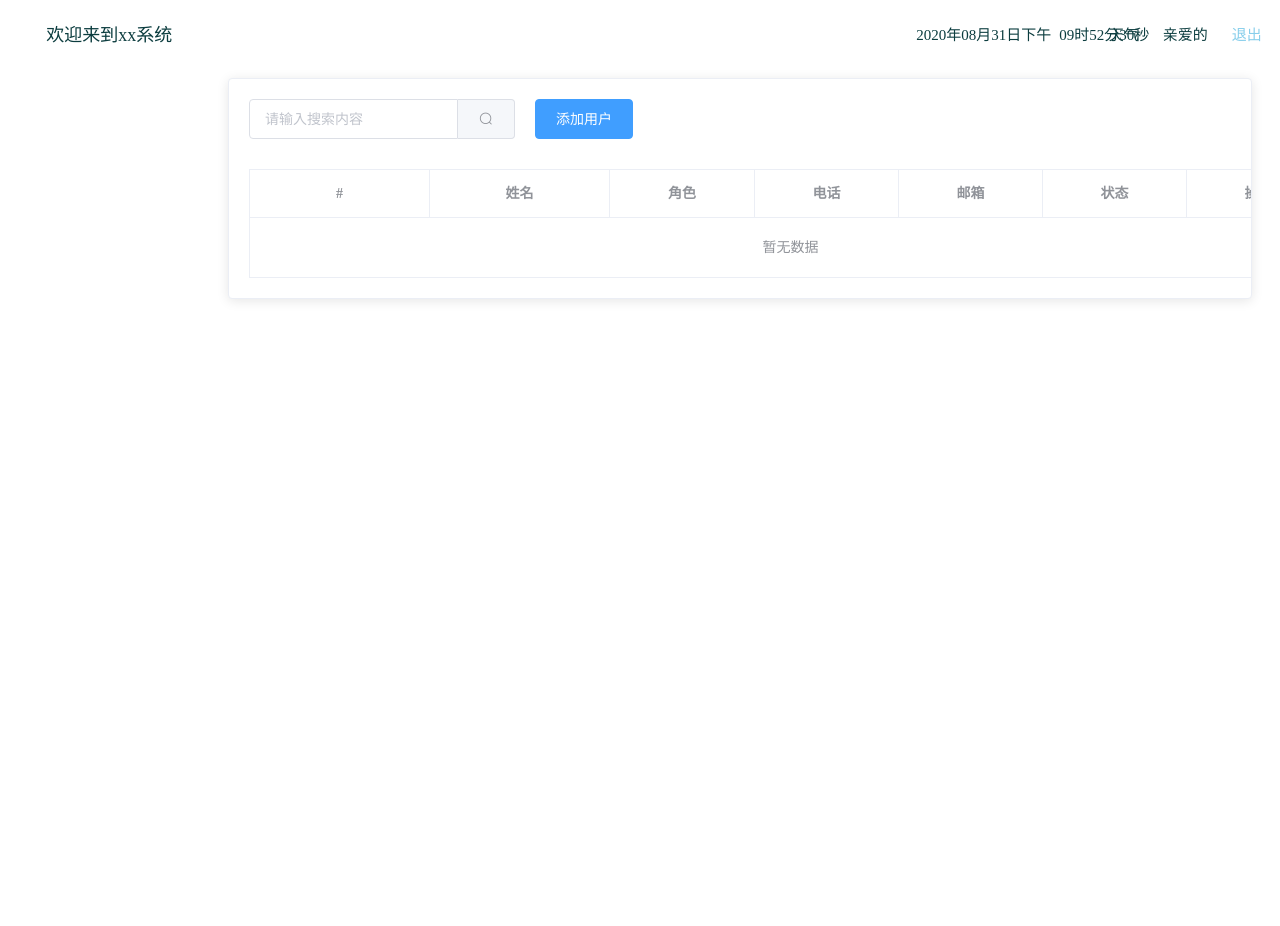
Repository: 2510699771/background-system
Page: /users/users
The author's editor kept a copy of each file at every save. The page is drawn from the files as they stood at one save, then again after a run of saves.
The browser window is 1280 px wide. The pictures show the whole page.
The page's requests for data from a server got no answer. The project was rebuilt for these pictures with package versions that can differ from the ones it lists, and the page was loaded fresh each time. No one was signed in, and anything a server would have sent is missing. Also part of the build but not shown: vue.config.js, src/views/Home.vue.

Above is the page before, as saved 2020-08-31 21:56:28.

### src/main.js
import Vue from 'vue'
import App from './App.vue'
import router from './router'
import store from './store'
import ElementUI from 'element-ui';
import 'element-ui/lib/theme-chalk/index.css';

Vue.config.productionTip = false
Vue.use(ElementUI);

new Vue({
  router,
  store,
  el: '#app',
  render: h => h(App)
}).$mount('#app')

### src/App.vue
<template>
  <div id="app">

    <router-view/>
  </div>
</template>

<style lang="stylus">
</style>

### src/router/index.js
import Vue from 'vue'
import VueRouter from 'vue-router'
import Home from '../views/Home.vue'
import Layout from "../views/Layout/Layout.vue"

Vue.use(VueRouter)

const routes = [
  //首页
  {
    path: "/home",
    component: Layout,
    meta: {
      icon: 'el-icon-s-home'
    },
    children: [{
      path: "",
      name: 'Home',
      component: Home,
      meta: {
        title: '首页',
        parentpath: '/home',
        icon: 'el-icon-s-home'
      }
    }, ]
  },
  {
    path: '/',
    redirect: '/home'
  },
  //数据统计
  {
    path: "/reports",
    component: Layout,
    meta: {
      icon: 'el-icon-message'
    },
    children: [{
      path: "reports",
      name: "reports",
      component: () => import("../views/Reports/Reports.vue"),
      meta: {
        title: '数据报表',
        parentpath: "/reports/reports",
        icon: 'el-icon-position'
      }
    }]
  },
  //订单管理
  {
    path: "/orders",
    component: Layout,
    meta: {
      icon: 'el-icon-notebook-2'
    },
    children: [{
      path: "orders",
      name: "orders",
      component: () => import("../views/Orders/Orders.vue"),
      meta: {
        title: '订单列表',
        parentpath: "/orders/orders",
        icon: 'el-icon-folder-add'
      }
    }, ]
  },
  //商品管理
  {
    path: "/goods",
    component: Layout,
    meta: {
      icon: 'el-icon-shopping-bag-1'
    },
    children: [{
        path: "goods",
        name: "goods",
        component: () => import("../views/Goodlist/Goodlist.vue"),
        meta: {
          title: '商品列表',
          parentpath: "/goods/goods",
          icon: 'el-icon-bangzhu'
        }
      },
      {
        path: "params",
        name: "params",
        component: () => import("../views/Goodsparams/Goodsparams.vue"),
        meta: {
          title: '分类参数',
          parentpath: "/goods/params",
          icon: 'el-icon-bell'
        }
      }, {
        path: "categories",
        name: "categories",
        component: () => import("../views/GoodsCategories/GoodsCategories.vue"),
        meta: {
          title: '商品分类',
          parentpath: "/goods/categories",
          icon: 'el-icon-date'
        }
      },
    ]
  },
  //用户管理
  {
    path: "/users",
    component: Layout,
    meta: {
      icon: 'el-icon-user'
    },
    children: [{
      path: "users",
      name: "users",
      component: () => import("../views/UserList/UserList.vue"),
      meta: {
        title: '用户列表',
        parentpath: "/users/users",
        icon: 'el-icon-user'
      }
    }, ]
  },
  //权限管理
  {
    path: "/rights",
    component: Layout,
    meta: {
      icon: 'el-icon-folder'
    },
    children: [{
      path: "roles",
      name: "roles",
      component: () => import("../views/Rolelist/Rolelist.vue"),
      meta: {
        title: '角色列表',
        parentpath: "/rights/roles",
        icon: 'el-icon-setting'
      }
    }, {
      path: "rights",
      name: "rights",
      component: () => import("../views/Permissionslist/Permissionslist.vue"),
      meta: {
        title: '权限列表',
        parentpath: "/rights/rights",
        icon: 'el-icon-c-scale-to-original'
      }
    }, ]
  },
  //登录
  {
    path: '/login',
    name: 'login',
    component: () => import('../views/Login/Login.vue')
  }
]
const isPro = process.env.NODE_ENV === 'production'

const router = new VueRouter({
  mode: isPro ? 'hash' : 'history',
  base: process.env.BASE_URL,
  routes
})

export default router

### src/store/index.js
import Vue from 'vue'
import Vuex from 'vuex'
import user from "./user/user"

Vue.use(Vuex)

export default new Vuex.Store({
  //存储共享数据
  state: {},
  //同步修改state的值
  mutations: {},
  //用来发请求，异步提交mutation
  actions: {},
  //模块
  modules: {
    user
  }
})

### src/views/Layout/Layout.vue
<template>
  <div>
    <el-container>
      <el-header height="50px">
        <top></top>
      </el-header>
      <el-container>
        <el-aside width="200px">
          <left></left>
        </el-aside>
        <el-main>
          <router-view />
        </el-main>
      </el-container>
    </el-container>
  </div>
</template>

<script>
import top from "../../components/Layout/Top";
import left from "../../components/Layout/Left";
export default {
  name: "",
  //接受父组件传递的数据
  props: {},
  //注册组件
  components: {
    top,
    left,
  },
  data() {
    return {};
  },
  methods: {},
  mounted() {},
  watch: {},
  computed: {},
};
</script>

<style scoped lang='scss'>
.el-main {
  height: 860px;
}
</style>

### src/views/UserList/UserList.vue
<template>
  <div>
    <el-card class="box-card">
      <div style="width:30vw;display:flex">
        <el-input placeholder="请输入搜索内容" v-model="value" class="input-with-select">
          <el-button slot="append" icon="el-icon-search"></el-button>
        </el-input>
        <el-button type="primary" style="margin-left:20px">添加用户</el-button>
      </div>
      <div style="width:84.5vw;margin-top:30px">
        <el-table :data="userslist" border style="width: 100%" stripe>
          <el-table-column prop="date" label="#" width="180" type="index" align="center"></el-table-column>
          <el-table-column prop="username" label="姓名" width="180" align="center"></el-table-column>
          <el-table-column prop="role_name" label="角色" align="center"></el-table-column>
          <el-table-column prop="create_time" label="电话" align="center"></el-table-column>
          <el-table-column prop="email" label="邮箱" align="center"></el-table-column>
          <el-table-column prop="address" label="状态" align="center">
            <template slot-scope="scope">
              <el-switch
                v-model="scope.row.mg_state"
                active-color="#13ce66"
                @change="change(scope)"
                inactive-color="#A9A9A9"
              ></el-switch>
            </template>
          </el-table-column>
          <el-table-column prop="address" label="操作" align="center">
            <template slot-scope="scope">
              <el-button
                type="primary"
                size="mini"
                icon="el-icon-edit"
                @click="handleEdit(scope.$index, scope.row)"
              ></el-button>
              <el-button
                type="danger"
                icon="el-icon-delete"
                size="mini"
                @click="handleEdit(scope.$index, scope.row)"
              ></el-button>
              <el-button
                type="warning"
                size="mini"
                icon="el-icon-setting"
                @click="handleEdit(scope.$index, scope.row)"
              ></el-button>
            </template>
          </el-table-column>
        </el-table>
      </div>
      <!-- <div style="margin-top:20px">
        <el-pagination
          @size-change="handleSizeChange"
          @current-change="handleCurrentChange"
          :current-page="currentPage"
          :page-sizes="pageSizes"
          :page-size="pageSize"
          layout="total, sizes, prev, pager, next, jumper"
          :total="uselist.length"
        ></el-pagination>
      </div>-->
    </el-card>
  </div>
</template>

<script>
import { createNamespacedHelpers } from "vuex";
const userModule = createNamespacedHelpers("user");
const { mapState: userState, mapActions: userActions } = userModule;
export default {
  name: "",
  //接受父组件传递的数据
  props: {},
  //注册组件
  components: {},
  data() {
    return {
      value: "",
      currentPage: 1,
      pageSizes: [5, 15, 20, 30],
      pagesize: 5, //每页显示条数
      pagenum: 1, //当前页码
      query: "", //查询参数
    };
  },
  methods: {
    change(e) {
      console.log(e);
      console.log(111);
    },
    //方法展开
    ...userActions(["getUsers"]),

    handleSizeChange(val) {
      console.log(`每页 ${val} 条`);
    },
    handleCurrentChange(val) {
      console.log(`当前页: ${val}`);
    },
    // getUsers() {
    //   this.$store.dispatch("user/getUsers", {
    //     query: this.query,
    //     pagenum: this.pagenum,
    //     pagesize: this.pagesize,
    //   });
    // },
  },
  mounted() {
    // this.getUsers();
    this.getUsers({
      query: this.query,
      pagenum: this.pagenum,
      pagesize: this.pagesize,
    });
  },
  watch: {},
  computed: {
    //数据展开
    ...userState(["userslist"]),
  },
};
</script>

<style scoped lang='scss'>
</style>

### src/store/user/user.js
import api from "../../http/api"
import router from "../../router"
import {
    Message
} from "element-ui"
export default {
    //开启命名空间
    namespaced: true,
    //存储共享数据
    state: {
        menus: [], //侧边导航

        userslist: [], //用户管理用户列表
        pagesize: 5, //每页显示条数
        pagenum: 1, //当前页码
        query: "", //查询参数

    },
    //同步修改state的值
    mutations: {
        //侧边导航栏方法
        setMenus(state, data) {
            state.menus = data
        },
        //用户管理列表
        setUserslist(state, data) {
            state.userslist = data
        }
    },

    //用来发请求，异步提交mutation
    actions: {
        //所有的请求都写在actions中

        //提交commit
        async getMenus({
            commit
        }) {
            let res = await api.getMenus()
            if (res.meta.status === 200) {
                res.data.unshift({
                    path: 'home',
                    authName: '首页',
                })
                res.data.map(item => {
                    item.path = '/' + item.path
                    router.options.routes.map(item2 => {
                        if (item.path === item2.path) {
                            item.icon = item2.meta.icon
                            if (item2.children && item2.children.length > 0) {
                                item2.children.map(item3 => {
                                    if (item.children && item.children.length > 0) {
                                        item.children.map(item4 => {
                                            if (item4.path === item3.path) {
                                                item4.icon = item3.meta.icon
                                            }
                                        })
                                    }
                                })
                            }
                        }
                    })
                    if (item.children && item.children.length > 0) {
                        item.children.map(item1 => {
                            item1.path = item.path + '/' + item1.path
                        })
                    }

                })
                commit('setMenus', res.data)

            }
        },

        //没有提交commit
        async login({
            commit
        }, {
            username,
            password
        }) {
            let res = await api.login({
                username,
                password
            })
            if (res.meta.status) {
                localStorage.setItem('admitToken', res.data.token)
                localStorage.setItem('admitUser', JSON.stringify(res.data))
                router.push('/')
                Message.success('登录成功')
                console.log(commit)
            }
        },

        async getUsers({
            commit
        }, {
            query,
            pagenum,
            pagesize,
        }) {
            let res = await api.getUsers(
                query, pagenum, pagesize
            )
            if (res.meta.status === 200) {
                console.log(res, "用户列表")
                commit('setUserslist', res.data.users)
            }
        }
    },
}

### src/components/Layout/Top.vue
<template>
  <div class="alltop">
    <div class="topContent">
      <div>欢迎来到xx系统</div>
      <div class="userinfo">
        <div class="time">
          <div>{{year}}</div>
          <div>{{prompt}}</div>
          <div style="margin:0 8px">{{specific}}</div>
        </div>
        <div style="width:30%">
          <div style="margin:0 12px">天气</div>
          <div style="margin:0 12px">亲爱的{{username}}</div>
          <div style="color:skyblue;cursor:pointer;margin:0 12px">退出</div>
        </div>
      </div>
    </div>
  </div>
</template>

<script>
import dayjs from "dayjs";
export default {
  name: "",
  //接受父组件传递的数据
  props: {},
  //注册组件
  components: {},
  data() {
    return {
      year: "",
      specific: "",
      prompt: "",
      username: "",
    };
  },
  methods: {
    getTime() {
      let time = dayjs(new Date()).format("YYYY年MM月DD日");
      let hour = dayjs(new Date()).format("HH");
      console.log(hour);
      if (0 <= hour && hour <= 12) {
        this.prompt = "上午";
      } else if (24 > hour && hour > 12) {
        this.prompt = "下午";
      }
      let specific = dayjs(new Date()).format("hh时mm分ss秒");
      this.year = time;
      this.specific = specific;
    },
  },
  mounted() {
    let name = JSON.parse(localStorage.getItem("admitUser"));
    if (name) {
      this.username = name.username;
    }
    setInterval(() => {
      this.getTime();
    }, 1000);
  },
  watch: {},
  computed: {},
};
</script>

<style scoped lang='scss'>
.alltop {
  color: rgb(12, 61, 63);
  width: 100%;
  height: 50px;
  display: flex;
  justify-content: center;
  align-content: center;
  font-size: 18px;
  .topContent {
    width: 97%;
    display: flex;
    justify-content: space-between;
    align-items: center;
    .userinfo {
      display: flex;
      width: 25%;
      justify-content: space-around;
    }
    .userinfo > div {
      height: 50px;
      align-items: center;
      display: flex;
      justify-content: center;
      font-size: 15px;
      white-space: nowrap;
    }
  }
}
.time {
  width: 15vw;
  display: flex;
  align-items: center;
}
</style>

### src/components/Layout/Left.vue
<template>
  <div>
    <el-menu router :default-active="$route.meta.parentpath" unique-opened>
      <!-- 最外层循环el-submenu不能直接在标签内部循环，需要在外部插槽循环然后给内容绑定:key -->
      <template v-for="item in menus">
        <el-submenu
          :key="item.id"
          :index="item.path"
          v-if="item.children && item.children.length > 0"
        >
          <!-- ！！！template标签必须要有slot="title"不然就为内容 -->
          <template slot="title">
            <i :class="item.icon"></i>
            <span>{{item.authName}}</span>
          </template>
          <!-- 第二层标题循环用<el-menu-item-group>标签包裹 -->
          <el-menu-item-group>
            <!-- el-menu-item标签 :index绑定路由 可在标签内循环 -->
            <el-menu-item v-for="item1 in item.children" :index="item1.path" :key="item1.id">
              <!-- slot="title"可加可不加 -->
              <i :class="item1.icon"></i>
              <span slot="title">{{item1.authName}}</span>
            </el-menu-item>
          </el-menu-item-group>
        </el-submenu>
        <!-- v-else 如果item下的list为空的时候取消折叠 -->
        <el-menu-item :index="item.path" :key="item.id" v-else>
          <i :class="item.icon"></i>
          <span slot="title">{{ item.authName }}</span>
        </el-menu-item>
      </template>
    </el-menu>
  </div>
</template>

<script>
import { createNamespacedHelpers } from "vuex";
const userModule = createNamespacedHelpers("user");
const { mapState: userState, mapActions: userActions } = userModule;

export default {
  name: "",
  //接受父组件传递的数据
  props: {},
  //注册组件
  components: {},
  data() {
    return {};
  },
  methods: {
    //方法展开
    ...userActions(["getMenus"]),
  },
  mounted() {
    this.getMenus();
  },
  watch: {},
  computed: {
    //数据展开
    ...userState(["menus"]),
  },
};
</script>

<style scoped lang='scss'>
</style>

### src/http/api.js
import service from "./index"

export default {
    //登录
    login({
        username,
        password
    }) {
        return service.post('/login', {
            username,
            password
        })
    },
    //侧边导航
    getMenus() {
        return service.get('menus')
    },

    //用户数据列表
    getUsers(
        query, //查询参数
        pagenum, //当前页码
        pagesize //每页显示条数

    ) {
        return service.get(`users?query=${query}&pagenum=${pagenum}&pagesize=${pagesize}`)
    }

}

### src/http/index.js
import axios from "axios"
import nprogress from "nprogress"
import {
    Message
} from "element-ui"

//运行环境：本地环境:devLpment和线上(生产)环境:production
const isPro = process.env.NODE_ENV === 'production'

const servic = axios.create({
    //基础路径
    baseURL: isPro ? '线上接口路径' : '/api',
    timeout: 100000
})

//请求拦截
servic.interceptors.request.use((config) => {
    //请求成功的时候上面的进度条开始
    nprogress.start()
    //前后端建权(令牌)
    let token = localStorage.getItem('admitToken')
    if (token) {
        config.headers['Authorization'] = token
    }
    return config
}), err => {
    //请求失败的时候
    nprogress.done()
    return Promise.reject(err)
}


//响应拦截,每一次接口返回路径都会干的事情
servic.interceptors.response.use((res) => {
    nprogress.done()
    return res.data
}), err => {
    //失败的时候
    if (err.response && err.response.status) {
        //错误请求的状态码
        let status = err.response.status
        if (status === 400) {
            Message.error('参数错误')
        }
        if (status === 401) {
            Message.error('登录过期，请重新登录')
        }
        if (status === 403) {
            Message.error('没有权限')
        }
        if (status === 404) {
            Message.error('接口路径错误')
        }
        if (status === 500) {
            Message.error('服务器出错')
        }
        if (status === 400) {
            Message.error('参数错误')
        }
        if (status === 503) {
            Message.error('服务器在维护')
        }
    }
}
export default servic

Loaded but not shown: public/index.html (common file)

After the next 4 saves:
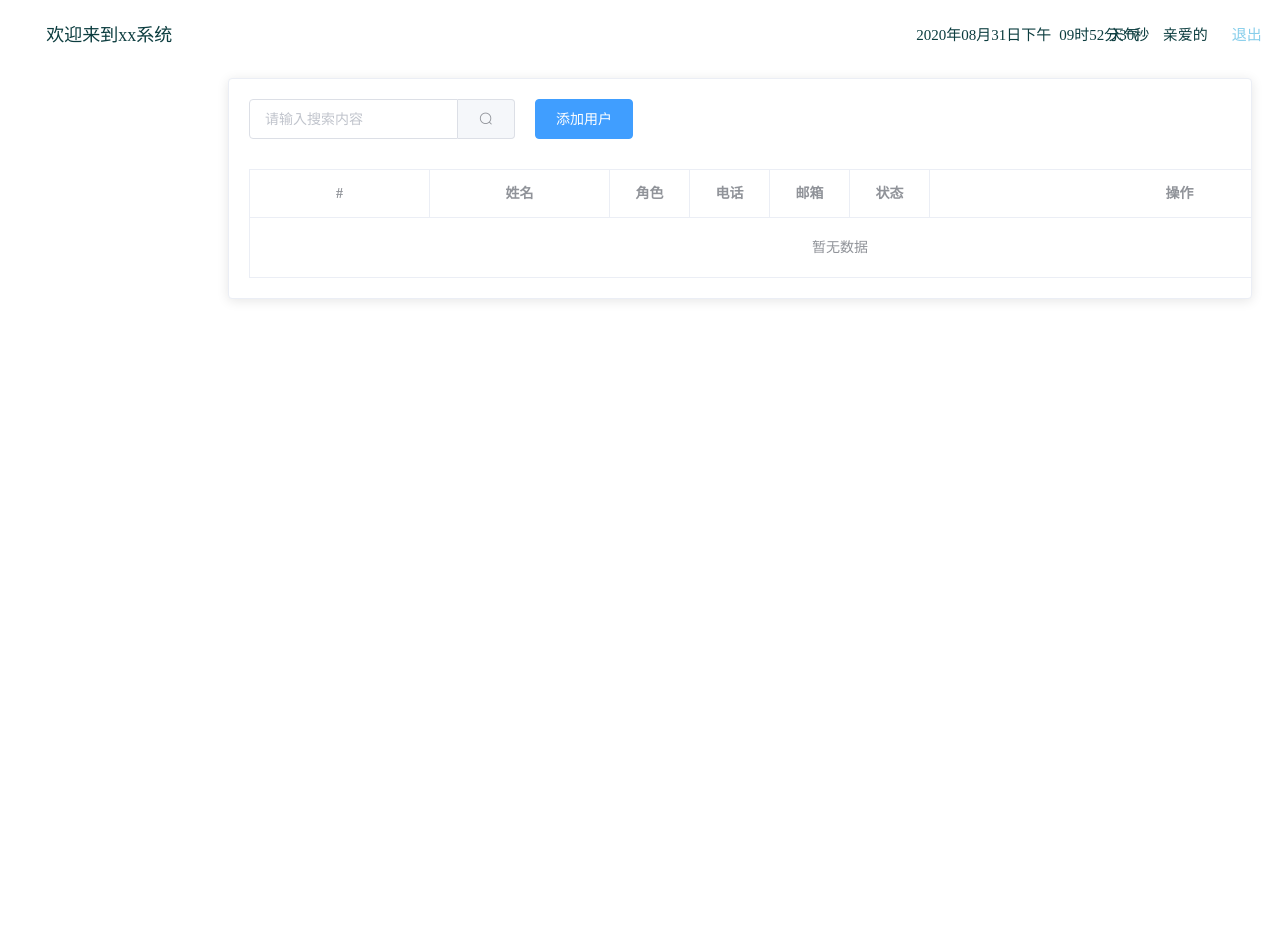
The 4 saves are shown as one change because they came seconds apart.
The last was saved 4 min 34 s later.
--- a/src/views/UserList/UserList.vue
+++ b/src/views/UserList/UserList.vue
@@ -24,7 +24,7 @@
               ></el-switch>
             </template>
           </el-table-column>
-          <el-table-column prop="address" label="操作" align="center">
+          <el-table-column prop="address" label="操作" align="center" width="500px">
             <template slot-scope="scope">
               <el-button
                 type="primary"
